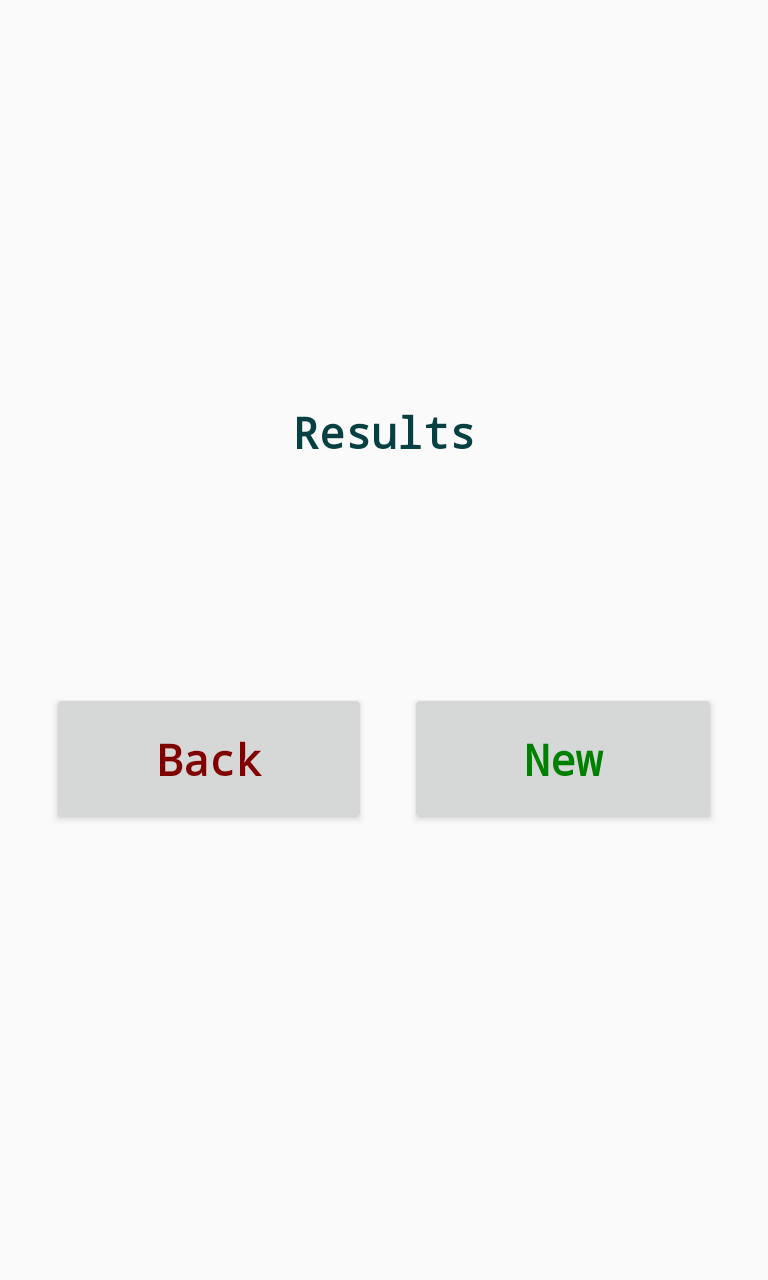
Repository: rontejada1991/Combinations-and-Permutations-Android-App
Layout: combinations/res/layout/activity_result.xml
These files come from the project's save history. The layout is drawn as it stood at one moment and after the next save; the edit follows.
It is drawn on a 768 x 1280 px phone screen (xhdpi) without system bars, with theme AppTheme; the app's code is not run. The app's manifest (not shown) leaves right-to-left support off. So textAlignment, textDirection and layoutDirection are ignored, and left and right values win over start and end ones.

Above is the layout before, as saved 2014-11-07 22:11:44.

After the next save:
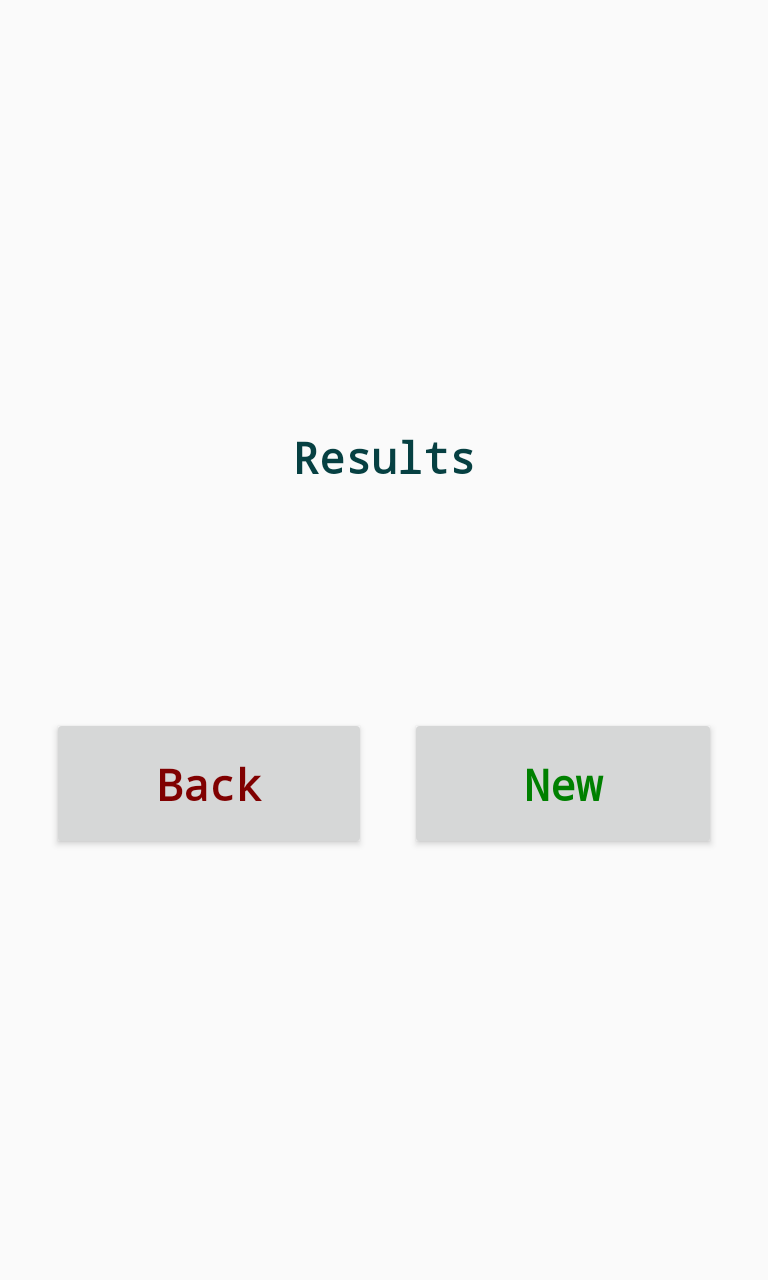
Saved 10 s later.
--- a/combinations/res/layout/activity_result.xml
+++ b/combinations/res/layout/activity_result.xml
@@ -39,8 +39,7 @@
 	    android:layout_height="wrap_content"
 	    android:orientation="horizontal"
 	    android:gravity="center"
-	    android:weightSum="2"
-	    android:layout_marginBottom="25dp" >
+	    android:weightSum="2" >
 
     <Button
         android:id="@+id/b_back"
